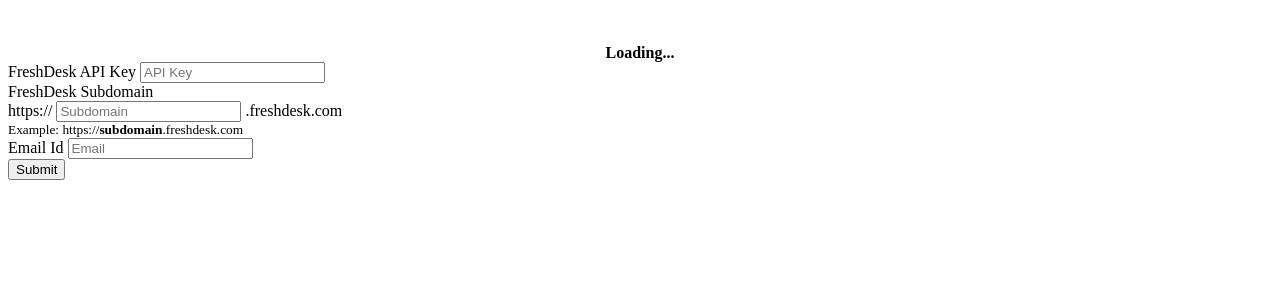
Repository: venkat8295/Ticket-Fetch
Page: html/index.html
These files come from the project's save history. The page is drawn as it stood at one moment and after the next save; the edit follows.
The browser window is 1280 px wide. The pictures show the whole page.

Above is the page before, as saved 2021-01-07 12:39:52.

After the next save:
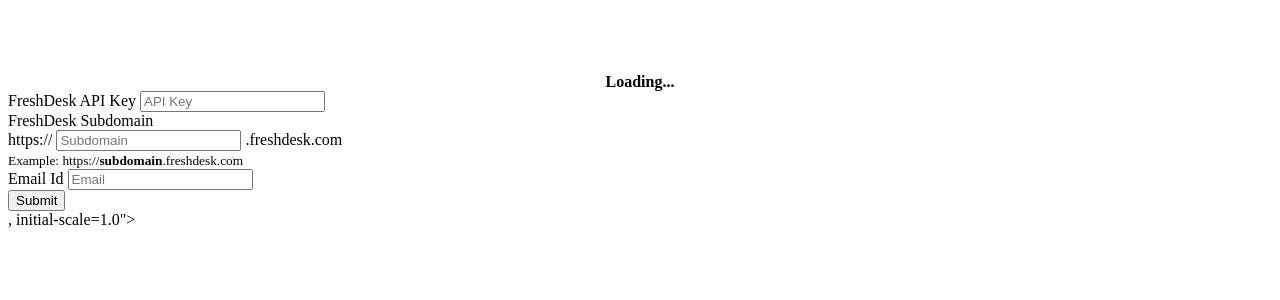
Saved 35 s later.
--- a/html/index.html
+++ b/html/index.html
@@ -1,66 +1,81 @@
-<form class="form-signin" action="/" method="POST">
-	<div class="container-fluid">
-		<div
-			id="alertSuccess"
-			class="alert alert-success"
-			style="display: none"
-		></div>
-		<div
-			id="alertFailure"
-			class="alert alert-danger"
-			style="display: none"
-		></div>
+<!DOCTYPE html>
+<html lang="en">
+	<head>
+		<meta charset="UTF-8" />
+		<meta name="viewport" content="width=
+		<form class="form-signin" action="/" method="POST">
+			<div class="container-fluid">
+				<div
+					id="alertSuccess"
+					class="alert alert-success"
+					style="display: none"
+				></div>
+				<div
+					id="alertFailure"
+					class="alert alert-danger"
+					style="display: none"
+				></div>
 
-		<div class="loading">
-			<center>
-				<i
-					class="fa fa-spinner fa-spin loader"
-					style="font-size: 40px"
-				></i
-				><br /><br />
-				<strong>Loading...</strong>
-			</center>
-		</div>
+				<div class="loading">
+					<center>
+						<i
+							class="fa fa-spinner fa-spin loader"
+							style="font-size: 40px"
+						></i
+						><br /><br />
+						<strong>Loading...</strong>
+					</center>
+				</div>
 
-		<div id="step1">
-			<div class="form-group">
-				<label>FreshDesk API Key</label>
-				<input
-					type="text"
-					class="form-control"
-					name="apikey"
-					id="apikey"
-					placeholder="API Key"
-					required
-				/>
+				<div id="step1">
+					<div class="form-group">
+						<label>FreshDesk API Key</label>
+						<input
+							type="text"
+							class="form-control"
+							name="apikey"
+							id="apikey"
+							placeholder="API Key"
+							required
+						/>
+					</div>
+					<div class="form-group">
+						<label>FreshDesk Subdomain</label>
+						<div class="input-group">
+							<span class="input-group-addon">https://</span>
+							<input
+								type="text"
+								class="form-control"
+								name="subdomain"
+								id="subdomain"
+								placeholder="Subdomain"
+								required
+							/>
+							<span class="input-group-addon"
+								>.freshdesk.com</span
+							>
+						</div>
+						<small
+							>Example:
+							https://<b>subdomain</b>.freshdesk.com</small
+						>
+					</div>
+					<div class="form-group">
+						<label>Email Id</label>
+						<input
+							type="text"
+							class="form-control"
+							name="email"
+							id="email"
+							placeholder="Email"
+						/>
+					</div>
+					<button id="submit" class="btn btn-primary">Submit</button>
+				</div>
 			</div>
-			<div class="form-group">
-				<label>FreshDesk Subdomain</label>
-				<div class="input-group">
-					<span class="input-group-addon">https://</span>
-					<input
-						type="text"
-						class="form-control"
-						name="subdomain"
-						id="subdomain"
-						placeholder="Subdomain"
-						required
-					/>
-					<span class="input-group-addon">.freshdesk.com</span>
-				</div>
-				<small>Example: https://<b>subdomain</b>.freshdesk.com</small>
-			</div>
-			<div class="form-group">
-				<label>Email Id</label>
-				<input
-					type="text"
-					class="form-control"
-					name="email"
-					id="email"
-					placeholder="Email"
-				/>
-			</div>
-			<button id="submit" class="btn btn-primary">Submit</button>
-		</div>
-	</div>
-</form>
+		</form>
+		, initial-scale=1.0">
+		<title>Document</title>
+	</head>
+	<body></body>
+</html>
